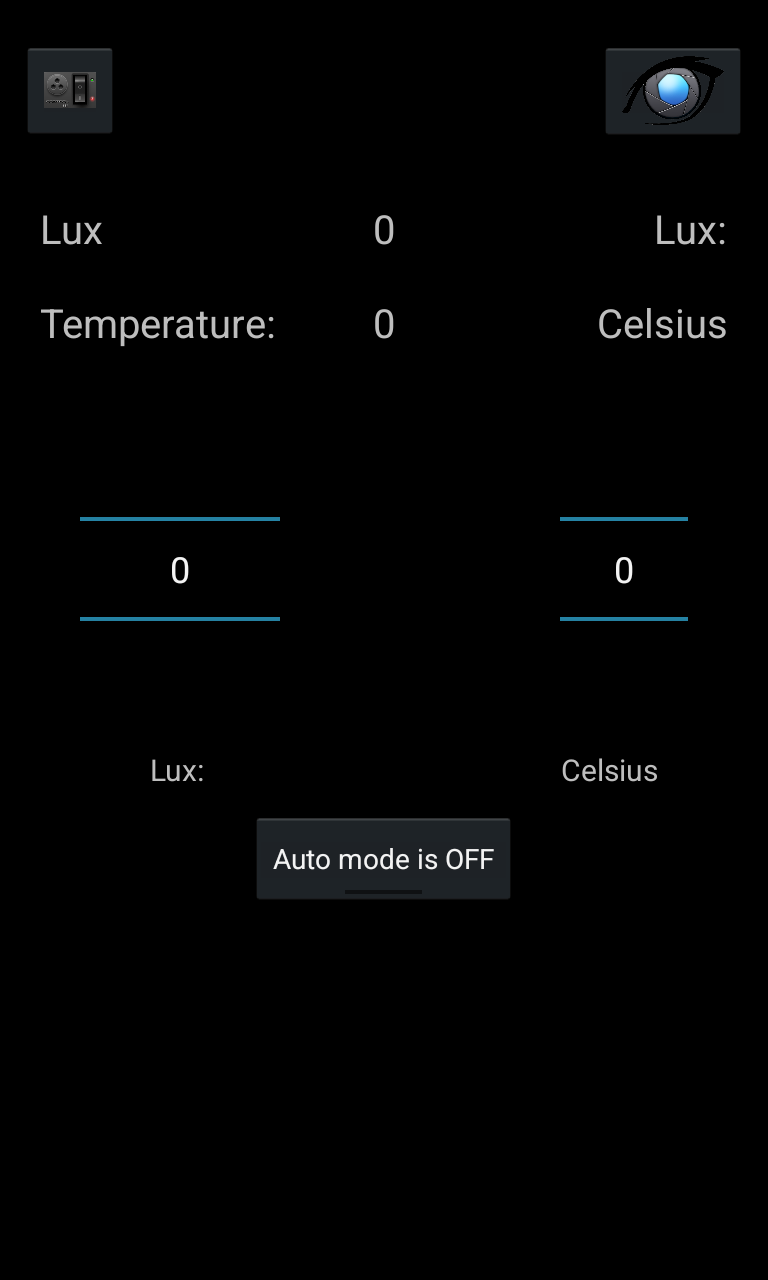
Repository: deanzaka/Shroom_IOIO_OpenCV
Layout: samples/IOIOSimpleApp/res/layout/main.xml
These files come from the project's save history. The layout is drawn as it stood at one moment and after the next save; the edit follows.
It is drawn on a 768 x 1280 px phone screen (xhdpi) without system bars, with theme android:Theme.Holo; the app's code is not run.

Above is the layout before, as saved 2014-06-04 09:53:22.

After the next save:
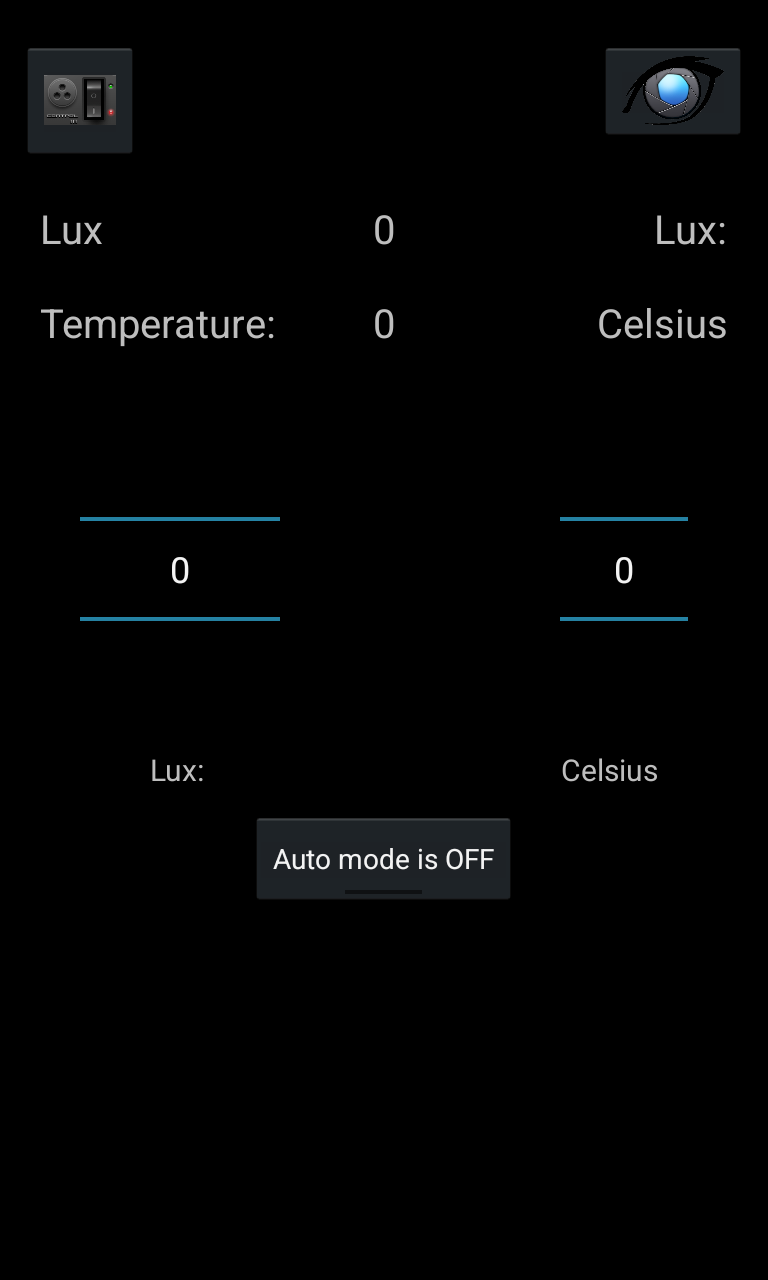
Saved 23 s later.
--- a/samples/IOIOSimpleApp/res/layout/main.xml
+++ b/samples/IOIOSimpleApp/res/layout/main.xml
@@ -28,8 +28,8 @@
         <ImageButton
 		    android:id="@+id/panel"
 		    android:src="@drawable/panel"
-		    android:layout_height="50dp"
-		    android:layout_width="50dp"
+		    android:layout_height="60dp"
+		    android:layout_width="60dp"
 		    android:layout_marginTop="10dp"
 		    android:layout_marginLeft="10dp"
 		    android:scaleType="fitCenter"
